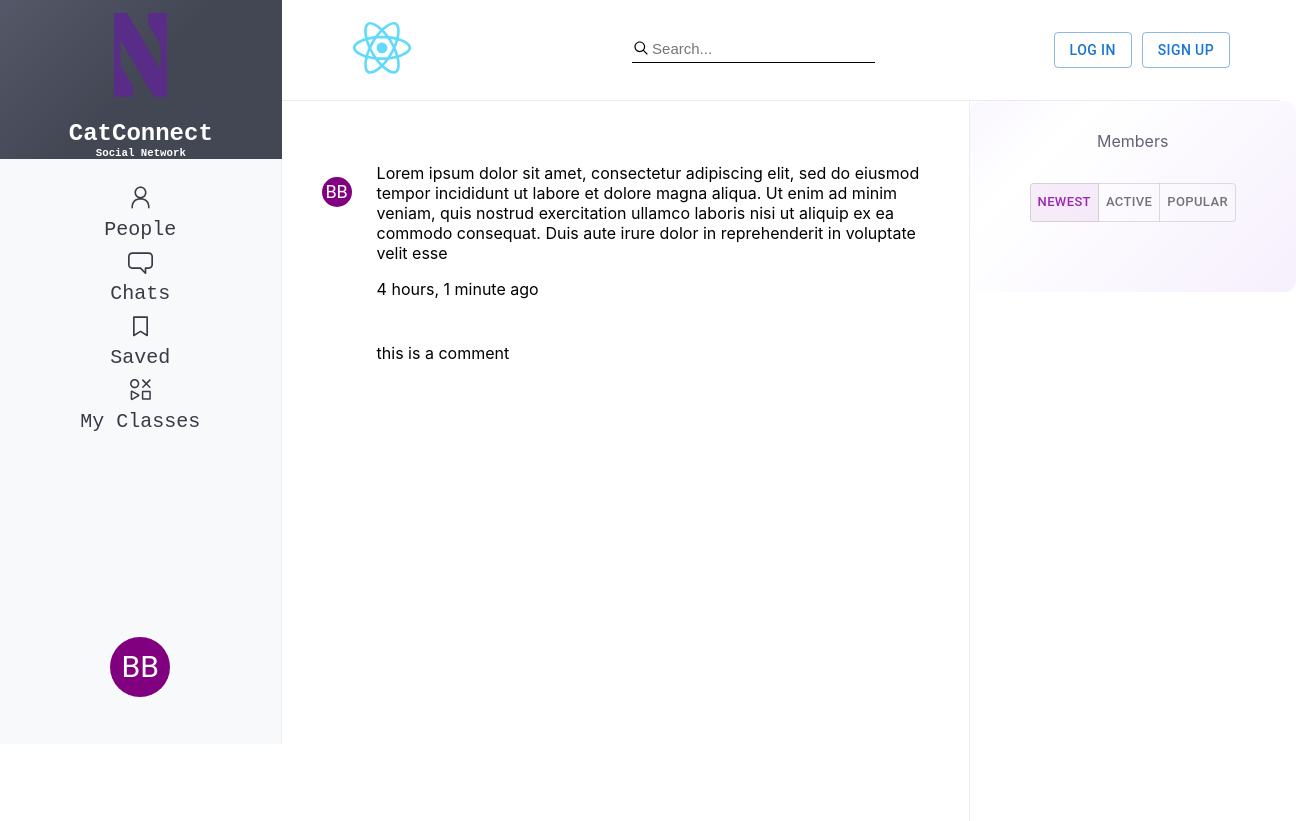
Repository: bbrockbrown/fws_proj
Page: / (app in frontend/)
An editor plug-in stored every save of this project. The page is shown before and after the next save, followed by the edit.
The browser window is 1280 px wide. The page is 1296 px wide, so the pictures cover 1296 px, including what lies to the right of the window. The pictures show the whole page.
The project was rebuilt for these pictures with package versions that can differ from the ones it lists, and the page was loaded fresh each time. Also part of the build but not shown: frontend/craco.config.js.

Above is the page before, as saved 2025-04-27 11:57:49.

### frontend/src/index.jsx
import React from 'react';

import ReactDOM from 'react-dom/client';

import App from './App';
import './index.css';
import reportWebVitals from './reportWebVitals';

const root = ReactDOM.createRoot(document.getElementById('root'));
root.render(
  <React.StrictMode>
    <App />
  </React.StrictMode>
);

// If you want to start measuring performance in your app, pass a function
// to log results (for example: reportWebVitals(console.log))
// or send to an analytics endpoint. Learn more: https://bit.ly/CRA-vitals
reportWebVitals();

### frontend/src/App.jsx
import React from 'react';

import styled from 'styled-components';

import Feed from 'common/components/Feed';
import MemberCard from 'common/components/MemberCard';
import SidebarLayout from 'common/components/layouts/SidebarLayout';

import './App.css';
import NavLayout from './common/components/layouts/NavLayout.jsx';

function App() {
  return (
    <div className='App'>
      <NavLayout />
      <SidebarLayout />
      <div
        className='content'
        style={{
          display: 'flex',
          paddingRight: '88px',
          marginLeft: '22%',
        }}
      >
        <Feed />
        <MemberCard />
      </div>
    </div>
  );
}

export default App;

// import React from 'react';

// import { BrowserRouter, Route, Routes } from 'react-router-dom';
// import {
//   PrivateRoute,
//   PublicOnlyRoute
// } from './components/routes/ProtectedRoutes';
// import { UserProvider } from './contexts/UserContext';
// import NavLayout from './components/layouts/NavLayout.jsx';
// import './App.css';

// function App() {
//   return (
//     <UserProvider>
//       <BrowserRouter>
//         <Routes>
//           <Route path='/' element={<NavLayout/>}>
//             <Route element={<PrivateRoute />}>
//               {/* Pages only for logged in users */}
//             </Route>
//             <Route element={<PublicOnlyRoute />}>
//               {/* Pages for only logged out users */}
//             </Route>
//           </Route>
//         </Routes>
//       </BrowserRouter>
//     </UserProvider>
//   );
// }

// export default App;

### frontend/src/common/components/Feed.jsx
import React, { useState } from 'react';

import { Avatar } from '@mui/material';
import styled from 'styled-components';

const FeedContainer = styled.div`
  padding: 30px 40px 70px;
  flex: 0 0 66.6667%;
  max-width: 0.66.6667%;
`;

const PostList = styled.ul`
  position: relative;
  padding: 0;
`;

const PostItem = styled.li`
  list-style: none;
  padding: 0;
  margin-top: 0px;
  margin-bottom: 2.5rem;
  border: none !important;
  position: relative;
`;

const PostAvatar = styled.div`
  margin: 0;
  position: absolute;
  left: 0px;
  top: 30px;
  float: left;
  z-index: 1;
  text-align: center;
`;

const PostContent = styled.div`
  margin-left: 55px;
  position: relative;
  display: flex;
  flex-direction: column;
`;

export default function Feed() {
  const [posts, setPosts] = useState([]);

  return (
    <FeedContainer>
      <PostList>
        <PostItem>
          <PostAvatar>
            <Avatar sx={{ bgcolor: 'purple', width: '30px', height: '30px' }}>
              <p style={{ fontSize: '18px' }}>BB</p>
            </Avatar>
          </PostAvatar>
          <PostContent>
            <div style={{ marginBottom: '0.75rem', textAlign: 'left' }}>
              <div>
                <p>
                  Lorem ipsum dolor sit amet, consectetur adipiscing elit, sed
                  do eiusmod tempor incididunt ut labore et dolore magna aliqua.
                  Ut enim ad minim veniam, quis nostrud exercitation ullamco
                  laboris nisi ut aliquip ex ea commodo consequat. Duis aute
                  irure dolor in reprehenderit in voluptate velit esse{' '}
                </p>
              </div>
              <div>
                <p>4 hours, 1 minute ago</p>
              </div>
            </div>
            <div style={{ textAlign: 'left' }}>
              <p>this is a comment</p>
            </div>
          </PostContent>
        </PostItem>
      </PostList>
    </FeedContainer>
  );
}

### frontend/src/common/components/MemberCard.jsx
import React, { useState } from 'react';

import { ToggleButton, ToggleButtonGroup } from '@mui/material';
import styled from 'styled-components';

const MemCardContainer = styled.div`
  padding: 30px 30px 70px 30px;
  min-width: 33.33%;
  width: 100%;
  border-radius: 12px;
  color: rgb(98, 98, 118);
  background-color: rgba(130, 36, 227, 0.02);
  background: linear-gradient(
    135deg,
    rgba(130, 36, 227, 0.04) 0%,
    rgba(255, 255, 255, 0) 25%,
    rgba(130, 36, 227, 0.07) 100%
  );
`;

const CardTitle = styled.div`
  margin-bottom: 1rem;
  padding-bottom: 1rem;
  position: relative;
  font-size: 1rem;
`;

export default function MemberCard() {
  const [newestMembers, setNewestMembers] = useState([]);
  const [activeMembers, setActiveMembers] = useState([]);
  const [popularMembers, setPopularMembers] = useState([]);

  function MemberToggle() {
    const [mode, setMode] = useState('Newest');

    const handleModeChange = (event, newMode) => {
      if (newMode !== null) {
        setMode(newMode);
      }
    };

    return (
      <ToggleButtonGroup
        value={mode}
        exclusive
        onChange={handleModeChange}
        aria-label='member mode'
        size='small'
        color='secondary'
      >
        <ToggleButton value='Newest' aria-label='newest members'>
          Newest
        </ToggleButton>
        <ToggleButton value='Active' aria-label='active members'>
          Active
        </ToggleButton>
        <ToggleButton value='Popular' aria-label='popular members'>
          Popular
        </ToggleButton>
      </ToggleButtonGroup>
    );
  }

  return (
    <div style={{ borderLeft: '1px solid #e7edf2', height: '100vh' }}>
      <MemCardContainer>
        <div>
          <CardTitle>Members</CardTitle>
          <MemberToggle />
        </div>
      </MemCardContainer>
    </div>
  );
}

### frontend/src/common/components/layouts/SidebarLayout.jsx
import React from 'react';

import { Avatar } from '@mui/material';
import {
  BookmarkIcon,
  ChatBubbleIcon,
  PersonIcon,
} from '@radix-ui/react-icons';
import nulogo from 'assets/icons/nulogo.svg';
import styled from 'styled-components';

const BarContainer = styled.div`
  position: fixed;
  top: 0;
  left: 0;
  overflow: visible;
  z-index: 9;
  width: 22%;
  min-width: 160px;
  height: 100vh;
  text-align: center;
`;

const InfoContainer = styled.div`
  background-color: #383a45;
  background-image: linear-gradient(
    135deg,
    rgb(85, 88, 104) 0%,
    rgb(67, 70, 83) 50%
  );
`;

const Logo = styled.img`
  max-width: 80%;
  max-height: 90px;
  height: auto;
  vertical-align: middle;
  border-style: none;
  margin-top: 10px;
  margin-left: auto;
  margin-right: auto;
`;

const LogoText = styled.h2`
  font-family: 'Courier New', monospace;
  color: white;
  margin-bottom: 0px;
`;

const SubLogoText = styled.h6`
  font-family: 'Courier New', monospace;
  color: white;
  margin-top: 0px;
  margin-bottom: 0px;
`;

const IconContainer = styled.div`
  padding-bottom: 15px;
  padding-top: 10px;
  border-right: 1px solid #e7edf2;
  background-color: #f7f9fb;
  font-family: 'Courier New', monospace;
  height: calc(100% - 160px);
`;

const IconList = styled.ul`
  padding: 0 1rem;
  text-align: center;
  flex-grow: 1;
`;

const IconItem = styled.li`
  list-style: none;
  width: 100%;
  margin-bottom: 0.5rem;
`;

const IconLink = styled.a`
  text-decoration: none;
  display: flex;
  flex-direction: column;
  align-items: center;
  gap: 0.5rem;
  color: #383a45;
  font-size: 1.25rem;
  transition: 0.1s ease-in;

  &:hover {
    color: rgb(131, 80, 172);
  }
  & > svg {
    height: 25px;
    width: auto;
  }
`;

export default function SidebarLayout() {
  return (
    <BarContainer>
      <div style={{ height: '100%', maxWidth: '100%' }}>
        <InfoContainer>
          <Logo src={nulogo} />
          <LogoText>CatConnect</LogoText>
          <SubLogoText>Social Network</SubLogoText>
        </InfoContainer>
        <IconContainer>
          <div
            style={{
              maxWidth: '250px',
              marginLeft: 'auto',
              marginRight: 'auto',
              display: 'flex',
              flexDirection: 'column',
              justifyContent: 'space-between',
              height: '100%',
            }}
          >
            <IconList>
              <IconItem>
                <IconLink href='/'>
                  <PersonIcon />
                  <span>People</span>
                </IconLink>
              </IconItem>
              <IconItem>
                <IconLink href='/'>
                  <ChatBubbleIcon />
                  <span>Chats</span>
                </IconLink>
              </IconItem>
              <IconItem>
                <IconLink href='/'>
                  <BookmarkIcon />
                  <span>Saved</span>
                </IconLink>
              </IconItem>
              <IconItem>
                <IconLink href='/'>
                  <svg
                    width='15'
                    height='15'
                    viewBox='0 0 15 15'
                    fill='none'
                    xmlns='http://www.w3.org/2000/svg'
                  >
                    <path
                      d='M2.14921 3.99996C2.14921 2.97778 2.97784 2.14915 4.00002 2.14915C5.02219 2.14915 5.85083 2.97778 5.85083 3.99996C5.85083 5.02213 5.02219 5.85077 4.00002 5.85077C2.97784 5.85077 2.14921 5.02213 2.14921 3.99996ZM4.00002 1.24915C2.48079 1.24915 1.24921 2.48073 1.24921 3.99996C1.24921 5.51919 2.48079 6.75077 4.00002 6.75077C5.51925 6.75077 6.75083 5.51919 6.75083 3.99996C6.75083 2.48073 5.51925 1.24915 4.00002 1.24915ZM5.82034 11.0001L2.49998 12.8369V9.16331L5.82034 11.0001ZM2.63883 8.21159C2.17228 7.9535 1.59998 8.29093 1.59998 8.82411V13.1761C1.59998 13.7093 2.17228 14.0467 2.63883 13.7886L6.57235 11.6126C7.05389 11.3462 7.05389 10.654 6.57235 10.3876L2.63883 8.21159ZM8.30001 9.00003C8.30001 8.61343 8.61341 8.30003 9.00001 8.30003H13C13.3866 8.30003 13.7 8.61343 13.7 9.00003V13C13.7 13.3866 13.3866 13.7 13 13.7H9.00001C8.61341 13.7 8.30001 13.3866 8.30001 13V9.00003ZM9.20001 9.20003V12.8H12.8V9.20003H9.20001ZM13.4432 2.19311C13.6189 2.01737 13.6189 1.73245 13.4432 1.55671C13.2675 1.38098 12.9826 1.38098 12.8068 1.55671L11 3.36353L9.19321 1.55674C9.01748 1.381 8.73255 1.381 8.55682 1.55674C8.38108 1.73247 8.38108 2.0174 8.55682 2.19313L10.3636 3.99992L8.55682 5.80671C8.38108 5.98245 8.38108 6.26737 8.55682 6.44311C8.73255 6.61885 9.01748 6.61885 9.19321 6.44311L11 4.63632L12.8068 6.44314C12.9826 6.61887 13.2675 6.61887 13.4432 6.44314C13.6189 6.2674 13.6189 5.98247 13.4432 5.80674L11.6364 3.99992L13.4432 2.19311Z'
                      fill='currentColor'
                      fillRule='evenodd'
                      clipRule='evenodd'
                    ></path>
                  </svg>
                  <span>My Classes</span>
                </IconLink>
              </IconItem>
            </IconList>
            <div
              style={{
                display: 'flex',
                justifyContent: 'center',
                padding: '2rem 1rem',
              }}
            >
              <Avatar sx={{ bgcolor: 'purple', width: '60px', height: '60px' }}>
                <p style={{ fontSize: '30px' }}>BB</p>
              </Avatar>
            </div>
          </div>
        </IconContainer>
      </div>
    </BarContainer>
  );
}

### frontend/src/App.css
.App {
  text-align: center;
}

.App-logo {
  height: 100vmin;
  pointer-events: none;
  width: 100vh;
}

@media (prefers-reduced-motion: no-preference) {
  .App-logo {
    animation: App-logo-spin infinite 20s linear;
  }
}

.App-header {
  background-color: #282c34;
  min-height: 100vh;
  display: flex;
  flex-direction: column;
  align-items: center;
  justify-content: center;
  font-size: calc(10px + 2vmin);
  color: white;
}

.App-link {
  color: #61dafb;
}

@keyframes App-logo-spin {
  from {
    transform: rotate(0deg);
  }
  to {
    transform: rotate(360deg);
  }
}

.navigation {
  display: flex;
  gap: 10px;
}

### frontend/src/common/components/layouts/NavLayout.jsx
import React, { useEffect, useState } from 'react';

import Button from '@mui/material/Button';
import { MagnifyingGlassIcon } from '@radix-ui/react-icons';
import logo from 'assets/icons/logo.svg';
import styled from 'styled-components';

const NavContainer = styled.div`
  max-height: 100px;
  display: flex;
  justify-content: space-between;
  align-items: center;
  padding: 0px 50px;
  border-bottom: 1px solid rgb(231, 237, 242);
  margin-left: 22%;
`;

const IconContainer = styled.div`
  position: absolute;Ç
  left: 0;
  top: 50%;
  transform: translateY(-50%);
`;

const SearchContainer = styled.div`
  position: relative;
`;

const TextContainer = styled.div`
  width: 100%;
  position: relative;
`;

const StyledInput = styled.input`
  background: none;
  width: 100%;
  border: none;
  outline: none;
  padding-left: 1.25rem;
  padding-bottom: 5px;
  border-bottom: 1px solid black;
  font-size: 15px;
`;

function SearchBar() {
  const [input, setInput] = useState('');

  useEffect(() => {
    console.log('new input is', input);
  }, [input]);

  return (
    <SearchContainer>
      <IconContainer>
        <MagnifyingGlassIcon height='18' width='18' />
      </IconContainer>
      <TextContainer>
        <StyledInput
          type='text'
          autoComplete='off'
          placeholder='Search...'
          onChange={(e) => setInput(e.target.value)}
          required
        />
      </TextContainer>
    </SearchContainer>
  );
}

export default function NavLayout() {
  const [page, setPage] = useState('');

  return (
    <NavContainer>
      <div className='logo-container'>
        <img src={logo} alt='logo' width='100' height='100' />
      </div>
      <div className='search-bar'>
        <SearchBar />
      </div>
      <div className='navigation'>
        <Button variant='outlined'> Log In </Button>
        <Button variant='outlined'> Sign Up </Button>
      </div>
    </NavContainer>
  );
}

Loaded but not shown: frontend/public/index.html (common file); frontend/src/index.css (common file); frontend/src/reportWebVitals.js (common file)

After the next save:
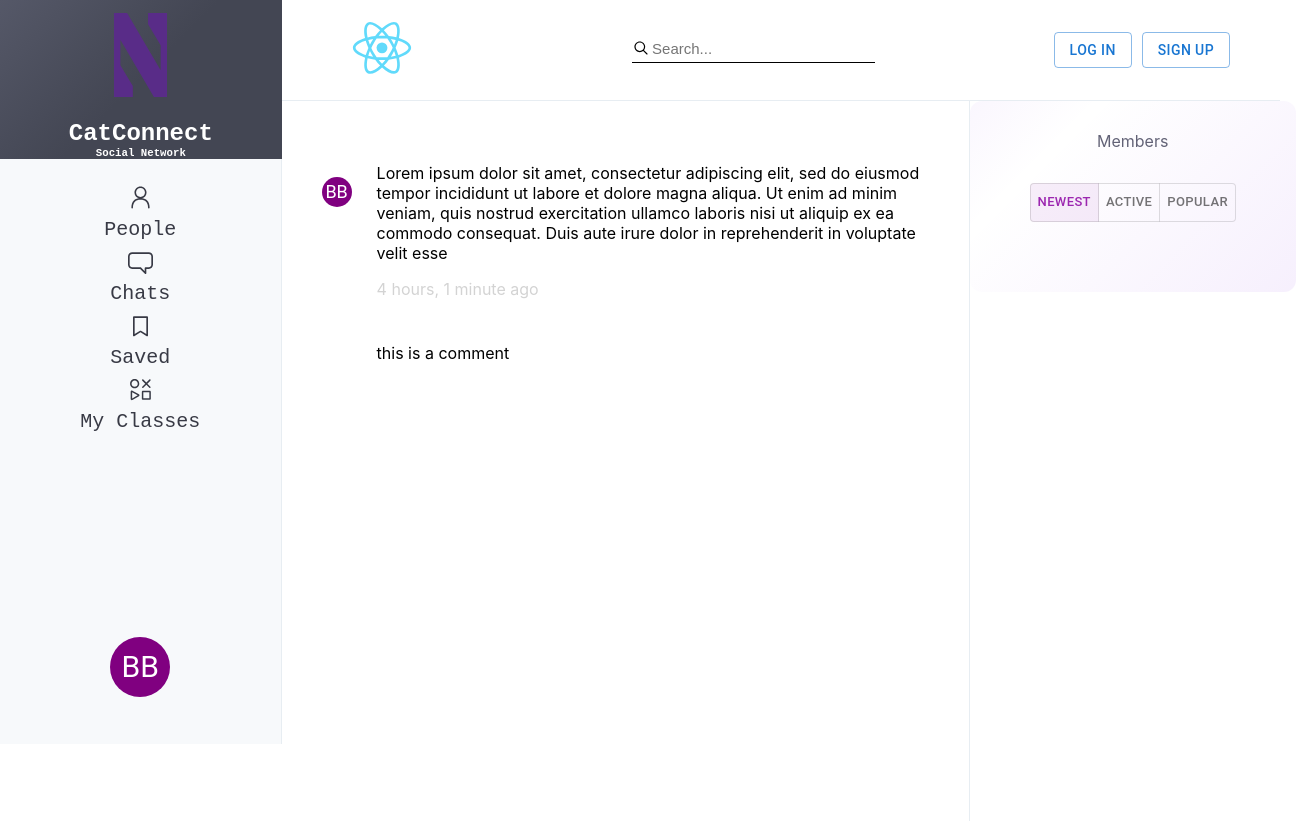
Saved 28 s later.
--- a/frontend/src/common/components/Feed.jsx
+++ b/frontend/src/common/components/Feed.jsx
@@ -64,7 +64,9 @@
                 </p>
               </div>
               <div>
-                <p>4 hours, 1 minute ago</p>
+                <p style={{ fontSize: '1rem', color: 'lightgray' }}>
+                  4 hours, 1 minute ago
+                </p>
               </div>
             </div>
             <div style={{ textAlign: 'left' }}>
